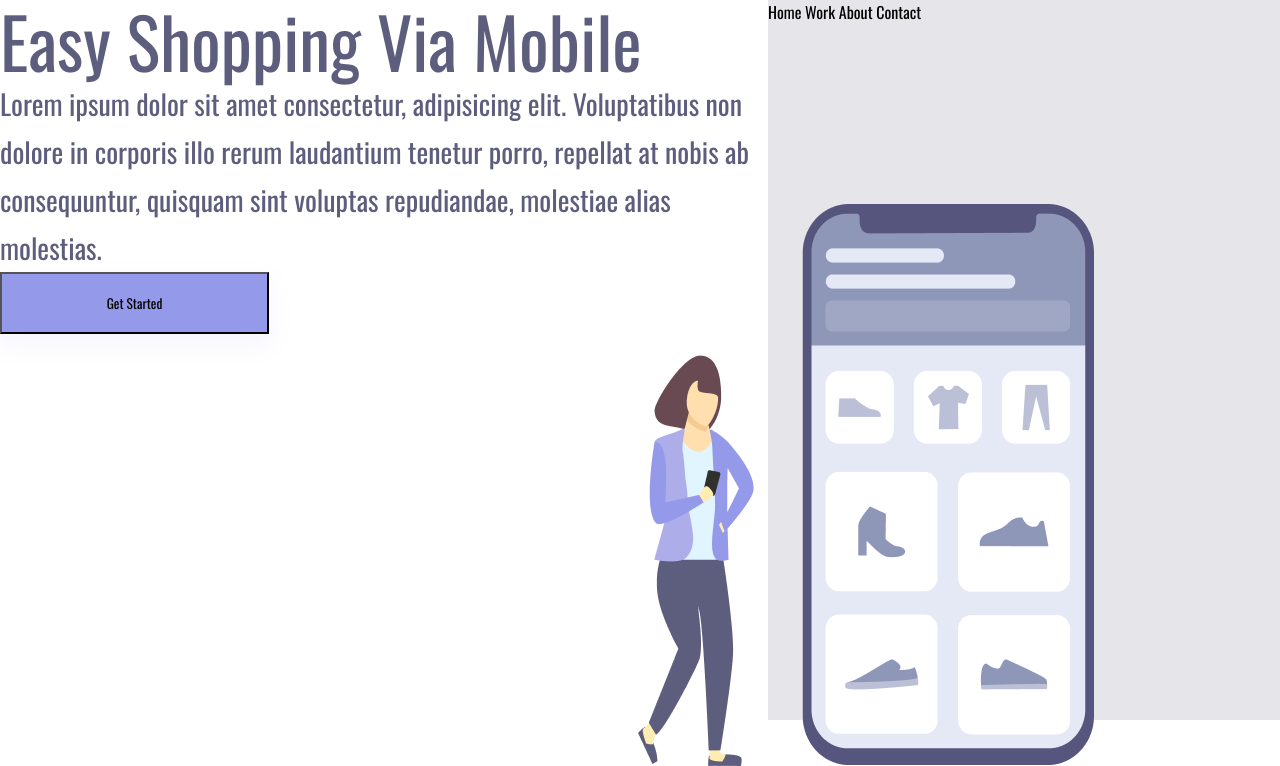
Repository: DihOliver/Projeto-Responsivo
Page: index.html
The author's editor kept a copy of each file at every save. The page is drawn from the files as they stood at one save, then again after the next save.
The browser window is 1280 px wide. The pictures show the whole page.
Some web fonts or font styles are not loaded; a fallback is used.

Above is the page before, as saved 2023-06-06 22:09:42.

### index.html
<!DOCTYPE html>
<html lang="en">
  <head>
    <meta charset="UTF-8" />
    <meta http-equiv="X-UA-Compatible" content="IE=edge" />
    <meta name="viewport" content="width=device-width, initial-scale=1.0" />
    <link rel="stylesheet" href="./styles.css" />
    <link rel="preconnect" href="https://fonts.googleapis.com" />
    <link rel="preconnect" href="https://fonts.gstatic.com" crossorigin />
    <link
      href="https://fonts.googleapis.com/css2?family=Montserrat:ital,wght@0,500;0,600;0,700;0,900;1,400&family=Oswald&family=Poppins:wght@400;500;700&family=Roboto:wght@400;500;700&family=Tilt+Prism&display=swap"
      rel="stylesheet"
    />
    <title>Css - Responsividade</title>
  </head>
  <body>
    <div class="wrapper">
      <section class="container-left">
        <h1>Easy Shopping Via Mobile</h1>
        <p>
          Lorem ipsum dolor sit amet consectetur, adipisicing elit. Voluptatibus
          non dolore in corporis illo rerum laudantium tenetur porro, repellat
          at nobis ab consequuntur, quisquam sint voluptas repudiandae,
          molestiae alias molestias.
        </p>
        <button>Get Started</button>
      </section>
      <section class="container-rigth">
        <header>
          <a>Home</a>
          <a>Work</a>
          <a>About</a>
          <a>Contact</a>
        </header>
        <img alt="Girl=cellphone.png" src="./img/girl-cellphone.png" />
      </section>
    </div>
  </body>
</html>

### styles.css
*{
    margin: 0;
    padding: 0;
    box-sizing: border-box;
    font-family: 'Oswald', sans-serif;
}

.wrapper {
    height: 100vh;
    width: 100vw;
}

.container-left {
    display: inline-block;
    width: 60%;

}

.container-rigth {
    display: inline-block;
    background-color: rgba(93,93,125,0.16);
    height: 100vh;
    width: 40% ;
    position: absolute;

}

img {
    position: relative;
    top: 25%;
    right: 130px;
}

h1 {
    font-weight: 400;
    font-size: 70px;
    line-height: 80px;
    color: #5D5D7D;
}

p {
    font-weight: 400;
    font-size: 28px;
    line-height: 48px;
    color: #5D5D7D;
}

button {
    position: absolute;
    width: 269px;
    height: 62px;
    background: #9499EA;
    box-shadow: 0px 10px 24px rgba(148, 153, 234, 0.0979959);
    }

After the next save:
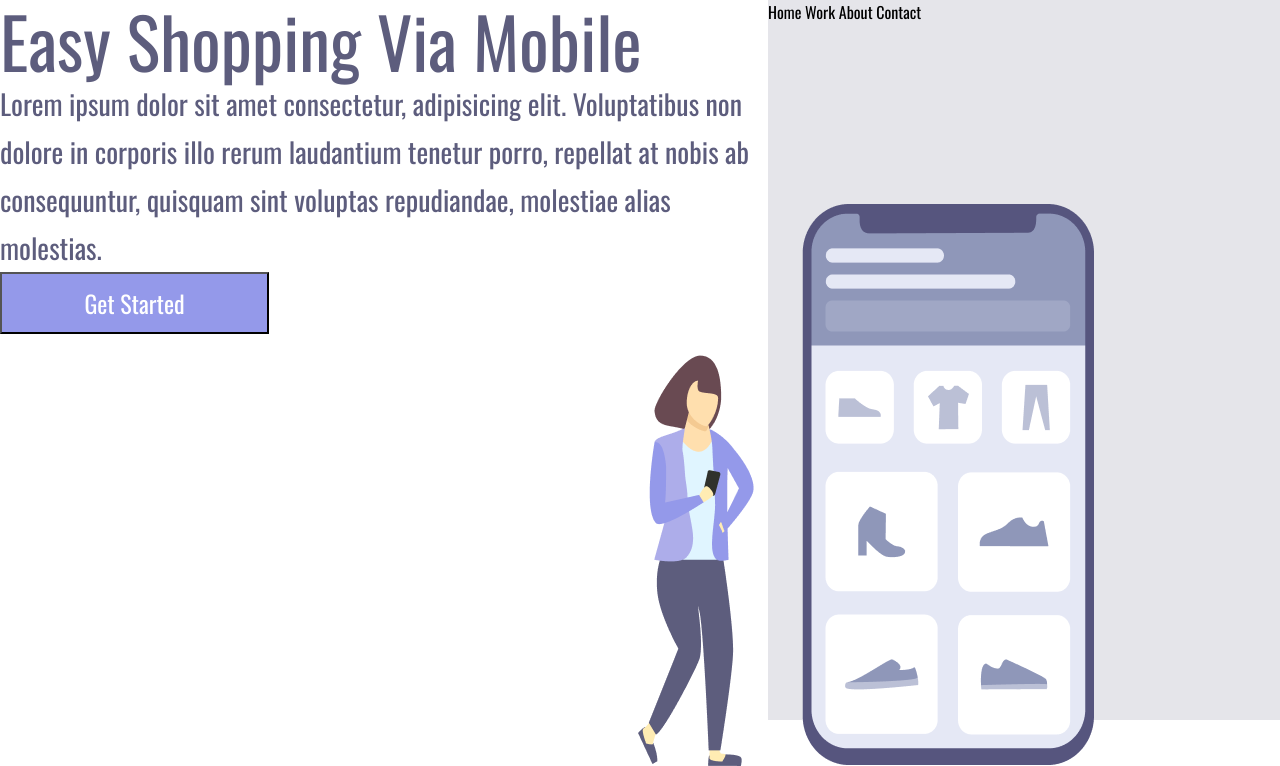
Saved 40 s later.
--- a/styles.css
+++ b/styles.css
@@ -50,5 +50,10 @@ button {
     width: 269px;
     height: 62px;
     background: #9499EA;
-    box-shadow: 0px 10px 24px rgba(148, 153, 234, 0.0979959);
+    font-weight: 400;
+    font-size: 24px;
+    line-height: 36px;
+    text-align: center;
+    color: #FFFFFF;
+
     }
